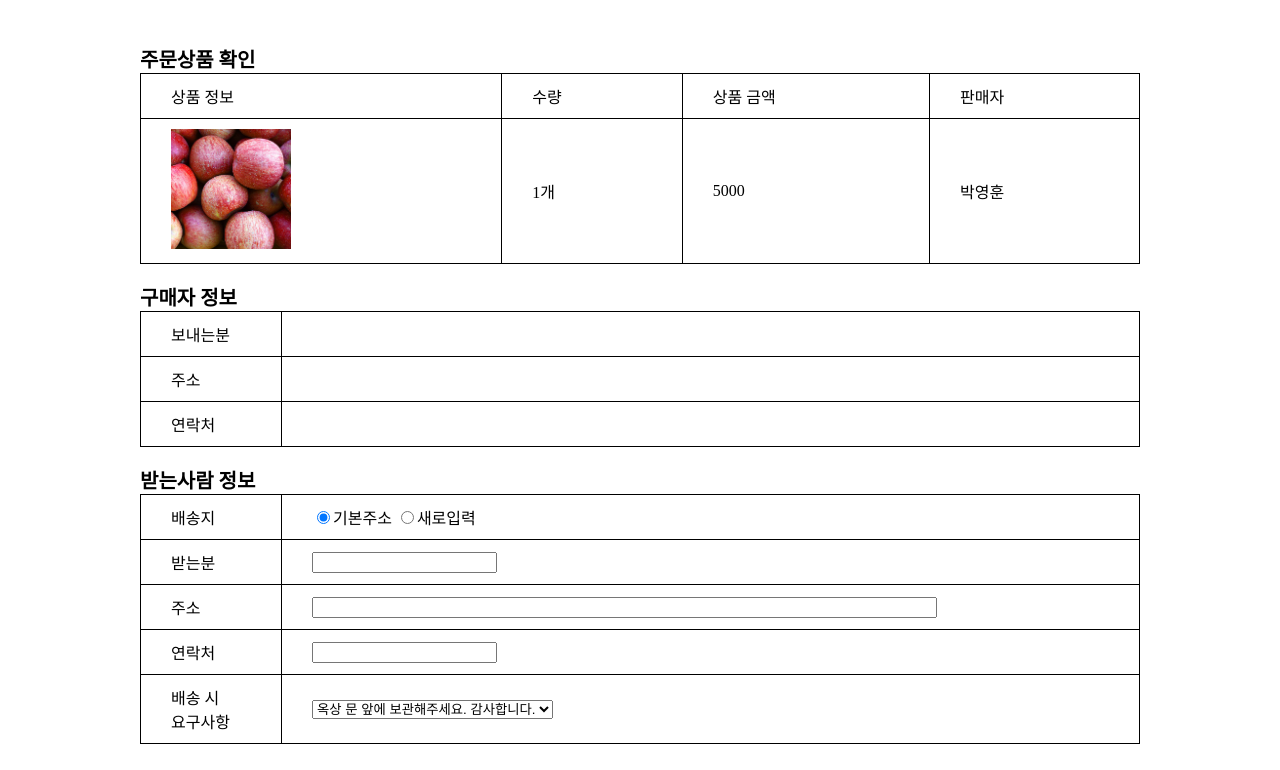
Repository: fellownew/project_workspace
Page: http://localhost/shoppingmall/WEB-INF/view/body/buyer/buyer_order_form.jsp
An editor plug-in stored every save of this project. The page is shown before and after the next save, followed by the edit.
The browser window is 1280 px wide. The pictures show the whole page.
The page is served by Tomcat 9. Nobody is signed in. The template is opened directly, without the code that normally fills it, so the values that code supplies are empty.

Above is the page before, as saved 2015-06-04 02:33:51.

After the next save:
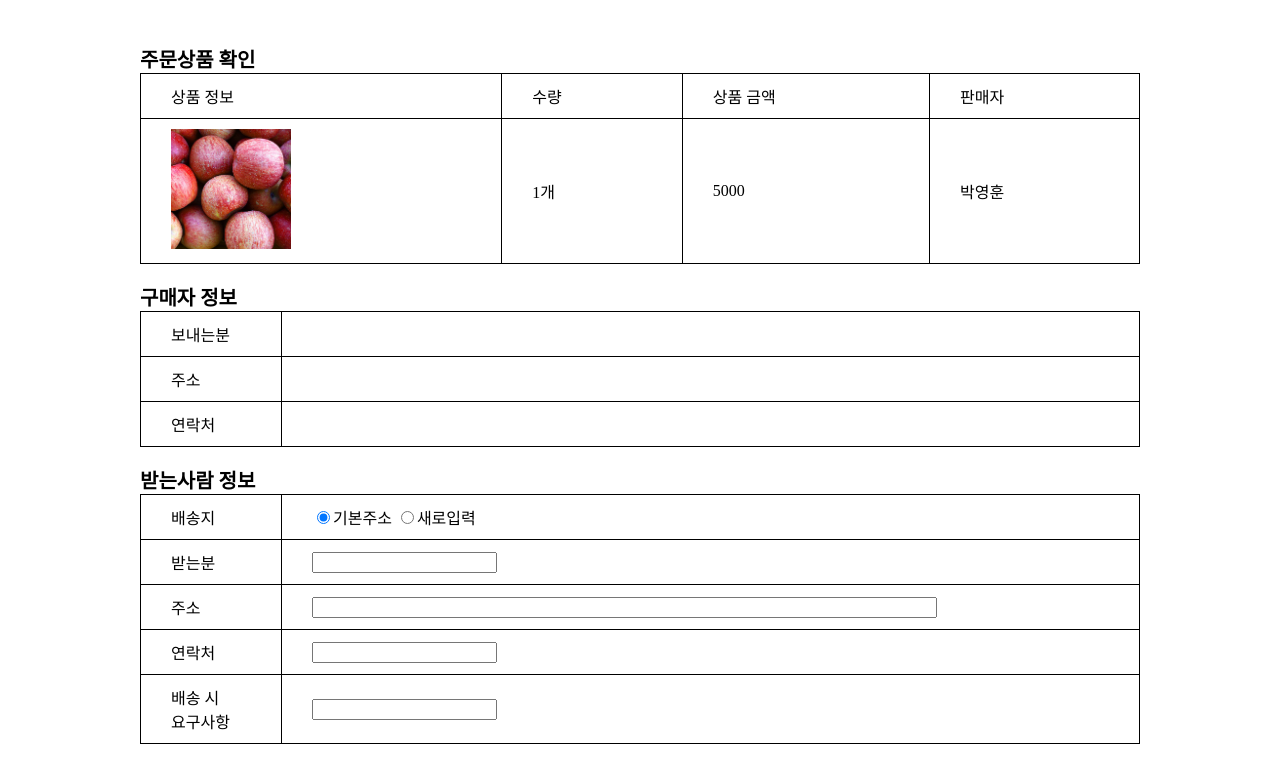
Saved 3 min 26 s later.
--- a/shoppingmall/WebContent/WEB-INF/view/body/buyer/buyer_order_form.jsp
+++ b/shoppingmall/WebContent/WEB-INF/view/body/buyer/buyer_order_form.jsp
@@ -120,13 +120,14 @@
 			<tr>
 				<td>배송 시<br>요구사항</td>
 				<td style="text-align:left">
-					<select>
+					<input type="text" id="" name="">
+<!-- 					<select>
 						<option>옥상 문 앞에 보관해주세요. 감사합니다.</option>
 						<option>부재시 경비실에 맡겨주세요.</option>
 						<option>빠른 배송 부탁드립니다.</option>
 						<option>부재시 핸드폰으로 연락바랍니다.</option>
 						<option>배송 전 연락바랍니다.</option>
-					</select>
+					</select> -->
 				</td>
 			</tr>
 
